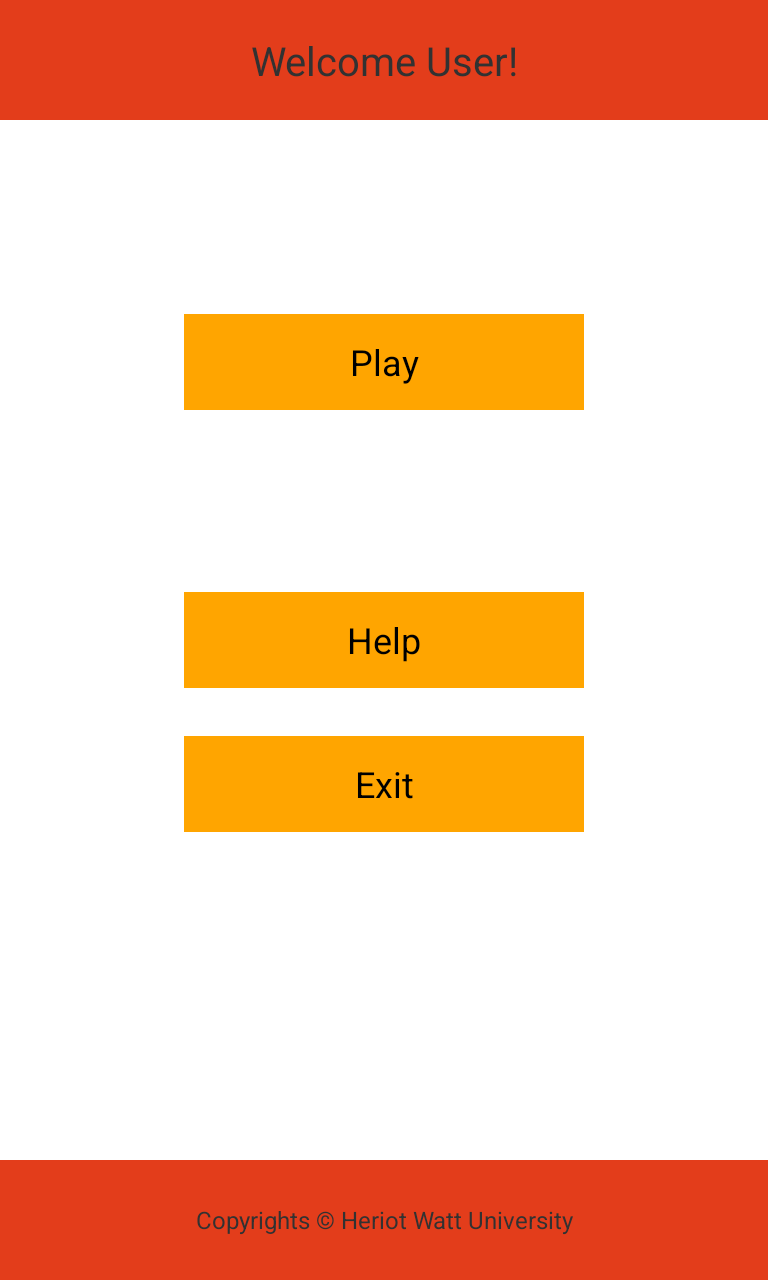
Repository: nidafarooqui/Trading-Game-Version-3
Layout: TaikunServer/res/layout/activity_welcome_screen.xml
The author's editor kept a copy of each file at every save. The layout is drawn from the files as they stood at one save, then again after the next save.
It is drawn on a 768 x 1280 px phone screen (xhdpi) without system bars, with theme AppTheme; the app's code is not run.

Above is the layout before, as saved 2014-08-17 19:19:45.

### TaikunServer/res/layout/activity_welcome_screen.xml
<RelativeLayout xmlns:android="http://schemas.android.com/apk/res/android"
    xmlns:tools="http://schemas.android.com/tools"
    android:id="@+id/welcome_text"
    android:layout_width="match_parent"
    android:layout_height="match_parent"
    tools:context="${relativePackage}.${activityClass}" >

    <TextView
        android:id="@+id/welcome_textView"
        android:layout_width="match_parent"
        android:layout_height="60dp"
        android:layout_centerHorizontal="true"
        android:background="@color/orrange"
        android:gravity="center_horizontal|center_vertical"
        android:text="Welcome User!"
        android:textSize="20sp" />

    <Button
        android:id="@+id/buttonExit"
        android:layout_width="200dp"
        android:layout_height="wrap_content"
        android:layout_alignLeft="@+id/buttonHelp"
        android:layout_below="@+id/buttonHelp"
        android:layout_marginTop="24dp"
        android:background="@color/orange"
        android:text="Exit" />

    <TextView
        android:id="@+id/textView1"
        android:layout_width="match_parent"
        android:layout_height="60dp"
        android:layout_alignParentBottom="true"
        android:layout_alignParentLeft="true"
        android:background="@color/orrange"
        android:gravity="center_horizontal|center_vertical"
        android:text="Copyrights © Heriot Watt University"
        android:textSize="12sp" />

    <Button
        android:id="@+id/buttonStartGame"
        android:layout_width="200dp"
        android:layout_height="wrap_content"
        android:layout_below="@+id/welcome_textView"
        android:layout_centerHorizontal="true"
        android:layout_marginTop="97dp"
        android:background="@color/orange"
        android:text="Play" />

    <Button
        android:id="@+id/buttonHelp"
        android:layout_width="200dp"
        android:layout_height="wrap_content"
        android:layout_alignLeft="@+id/buttonStartGame"
        android:layout_centerVertical="true"
        android:background="@color/orange"
        android:text="Help" />

</RelativeLayout>

### TaikunServer/res/values/colours.xml
<?xml version="1.0" encoding="utf-8"?>
<resources>

    <color name="white">#FFFFFF</color>
    <color name="black">#000000</color>
    <color name="symptom_color_selected">#003366</color>
    <color name="reaction_color_selected">#003366</color>
    <color name="static_text_color">#003366</color>
    <color name="journal_entry_listitem_text_color">#003366</color>
    <color name="note_text_disabled">#333333</color>
    <color name="sky">#0099CC</color>
    <color name="lightgray">#e7e7e7</color>
      <color name="lightgray02">#bfbfbf</color>
    <color name="dark">#000015</color>
    <color name="lightgreen">#336666</color>
    <color name="orrange">#e33d1b</color>
    <color name="darkorrange">#cc2303</color>


 <color name="ivory">#FFFFF0</color>
 <color name="lightYellow">#FFFFE0</color>
 <color name="snow">#FFFAFA</color>
 <color name="floralWhite">#FFFAF0</color>
 <color name="lemonChiffon">#FFFACD</color>
 <color name="cornsilk">#FFF8DC</color>
 <color name="seashell">#FFF5EE</color>
 <color name="lavenderBlush">#FFF0F5</color>
 <color name="papayaWhip">#FFEFD5</color>
 <color name="blanchedAlmond">#FFEBCD</color>
 <color name="mistyRose">#FFE4E1</color>
 <color name="bisque">#FFE4C4</color>
 <color name="moccasin">#FFE4B5</color>
 <color name="navajoWhite">#FFDEAD</color>
 <color name="peachPuff">#FFDAB9</color>
 <color name="gold">#FFD700</color>
 <color name="pink">#FFC0CB</color>
 <color name="lightPink">#FFB6C1</color>
 <color name="orange">#FFA500</color>
 <color name="lightSalmon">#FFA07A</color>
 <color name="darkOrange">#FF8C00</color>
 <color name="coral">#FF7F50</color>
 <color name="hotPink">#FF69B4</color>
 <color name="tomato">#FF6347</color>
 <color name="orangeRed">#FF4500</color>
 <color name="deepPink">#FF1493</color>
 <color name="fuchsia">#FF00FF</color>
 <color name="magenta">#FF00FF</color>
 <color name="red">#FF0000</color>
 <color name="oldLace">#FDF5E6</color>
 <color name="lightGoldenrodYellow">#FAFAD2</color>
 <color name="linen">#FAF0E6</color>
 <color name="antiqueWhite">#FAEBD7</color>
 <color name="salmon">#FA8072</color>
 <color name="ghostWhite">#F8F8FF</color>
 <color name="mintCream">#F5FFFA</color>
 <color name="whiteSmoke">#F5F5F5</color>
 <color name="beige">#F5F5DC</color>
 <color name="wheat">#F5DEB3</color>
 <color name="sandyBrown">#F4A460</color>
 <color name="azure">#F0FFFF</color>
 <color name="honeydew">#F0FFF0</color>
 <color name="aliceBlue">#F0F8FF</color>
 <color name="khaki">#F0E68C</color>
 <color name="lightCoral">#F08080</color>
 <color name="paleGoldenrod">#EEE8AA</color>
 <color name="violet">#EE82EE</color>
 <color name="darkSalmon">#E9967A</color>
 <color name="lavender">#E6E6FA</color>
 <color name="lightCyan">#E0FFFF</color>
 <color name="burlyWood">#DEB887</color>
 <color name="plum">#DDA0DD</color>
 <color name="gainsboro">#DCDCDC</color>
 <color name="crimson">#DC143C</color>
 <color name="paleVioletRed">#DB7093</color>
 <color name="goldenrod">#DAA520</color>
 <color name="orchid">#DA70D6</color>
 <color name="thistle">#D8BFD8</color>
 <color name="lightGrey">#D3D3D3</color>
 <color name="tan">#D2B48C</color>
 <color name="chocolate">#D2691E</color>
 <color name="peru">#CD853F</color>
 <color name="indianRed">#CD5C5C</color>
 <color name="mediumVioletRed">#C71585</color>
 <color name="silver">#C0C0C0</color>
 <color name="darkKhaki">#BDB76B</color>
 <color name="rosyBrown">#BC8F8F</color>
 <color name="mediumOrchid">#BA55D3</color>
 <color name="darkGoldenrod">#B8860B</color>
 <color name="fireBrick">#B22222</color>
 <color name="powderBlue">#B0E0E6</color>
 <color name="lightSteelBlue">#B0C4DE</color>
 <color name="paleTurquoise">#AFEEEE</color>
 <color name="greenYellow">#ADFF2F</color>
 <color name="lightBlue">#ADD8E6</color>
 <color name="darkGray">#A9A9A9</color>
 <color name="brown">#A52A2A</color>
 <color name="sienna">#A0522D</color>
 <color name="yellowGreen">#9ACD32</color>
 <color name="darkOrchid">#9932CC</color>
 <color name="paleGreen">#98FB98</color>
 <color name="darkViolet">#9400D3</color>
 <color name="mediumPurple">#9370DB</color>
 <color name="lightGreen">#90EE90</color>
 <color name="darkSeaGreen">#8FBC8F</color>
 <color name="saddleBrown">#8B4513</color>
 <color name="darkMagenta">#8B008B</color>
 <color name="darkRed">#8B0000</color>
 <color name="blueViolet">#8A2BE2</color>
 <color name="lightSkyBlue">#87CEFA</color>
 <color name="skyBlue">#87CEEB</color>
 <color name="gray">#808080</color>
 <color name="olive">#808000</color>
 <color name="purple">#800080</color>
 <color name="maroon">#800000</color>
 <color name="aquamarine">#7FFFD4</color>
 <color name="chartreuse">#7FFF00</color>
 <color name="lawnGreen">#7CFC00</color>
 <color name="mediumSlateBlue">#7B68EE</color>
 <color name="lightSlateGray">#778899</color>
 <color name="slateGray">#708090</color>
 <color name="oliveDrab">#6B8E23</color>
 <color name="slateBlue">#6A5ACD</color>
 <color name="dimGray">#696969</color>
 <color name="mediumAquamarine">#66CDAA</color>
 <color name="cornflowerBlue">#6495ED</color>
 <color name="cadetBlue">#5F9EA0</color>
 <color name="darkOliveGreen">#556B2F</color>
 <color name="indigo">#4B0082</color>
 <color name="mediumTurquoise">#48D1CC</color>
 <color name="darkSlateBlue">#483D8B</color>
 <color name="steelBlue">#4682B4</color>
 <color name="royalBlue">#4169E1</color>
 <color name="turquoise">#40E0D0</color>
 <color name="mediumSeaGreen">#3CB371</color>
 <color name="limeGreen">#32CD32</color>
 <color name="darkSlateGray">#2F4F4F</color>
 <color name="seaGreen">#2E8B57</color>
 <color name="forestGreen">#228B22</color>
 <color name="lightSeaGreen">#20B2AA</color>
 <color name="dodgerBlue">#1E90FF</color>
 <color name="midnightBlue">#191970</color>
 <color name="aqua">#00FFFF</color>
 <color name="cyan">#00FFFF</color>
 <color name="springGreen">#00FF7F</color>
 <color name="lime">#00FF00</color>
 <color name="mediumSpringGreen">#00FA9A</color>
 <color name="darkTurquoise">#00CED1</color>
 <color name="deepSkyBlue">#00BFFF</color>
 <color name="darkCyan">#008B8B</color>
 <color name="teal">#008080</color>
 <color name="green">#008000</color>
 <color name="darkGreen">#006400</color>
 <color name="blue">#0000FF</color>
 <color name="mediumBlue">#0000CD</color>
 <color name="darkBlue">#00008B</color>
 <color name="navy">#000080</color>

</resources>

Loaded but not shown: TaikunServer/res/values/styles.xml (common file); TaikunServer/res/values-v11/styles.xml (common file); TaikunServer/res/values-v14/styles.xml (common file)

After the next save:
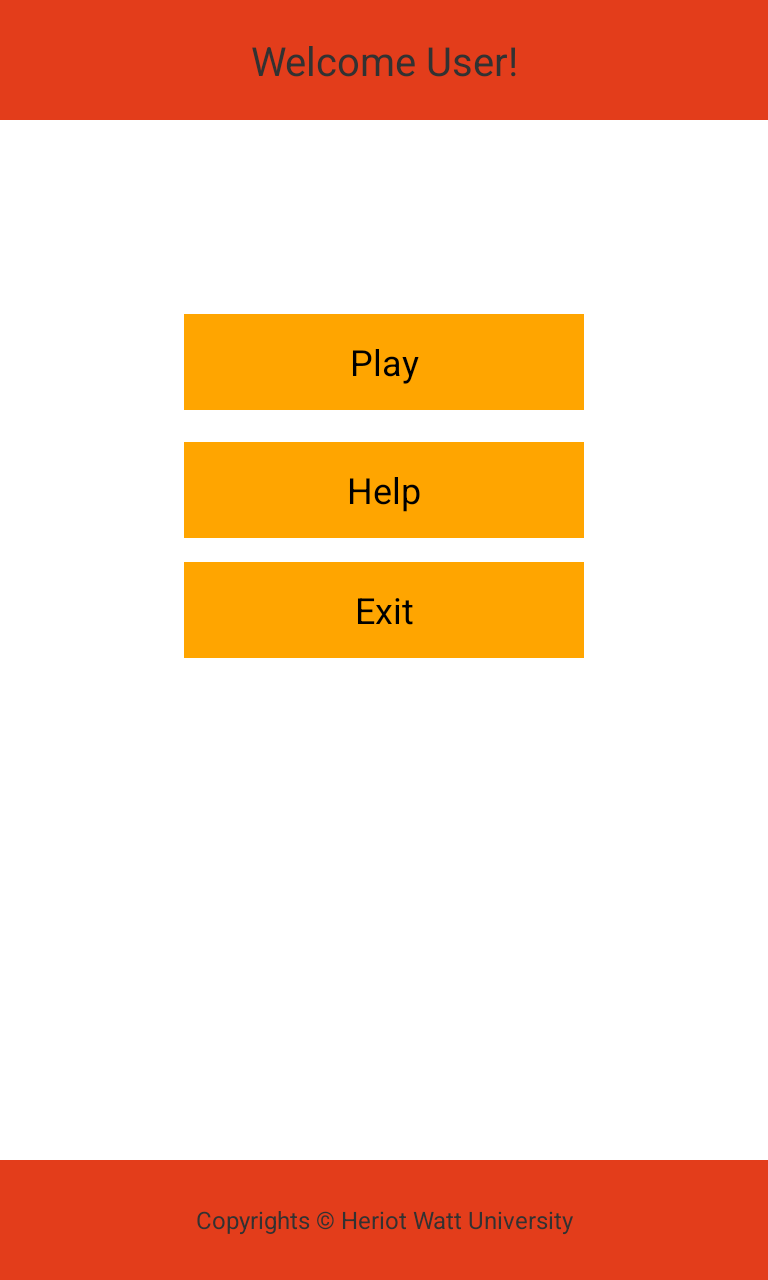
Saved 3 min 5 s later.
--- a/TaikunServer/res/layout/activity_welcome_screen.xml
+++ b/TaikunServer/res/layout/activity_welcome_screen.xml
@@ -14,16 +14,6 @@
         android:gravity="center_horizontal|center_vertical"
         android:text="Welcome User!"
         android:textSize="20sp" />
-
-    <Button
-        android:id="@+id/buttonExit"
-        android:layout_width="200dp"
-        android:layout_height="wrap_content"
-        android:layout_alignLeft="@+id/buttonHelp"
-        android:layout_below="@+id/buttonHelp"
-        android:layout_marginTop="24dp"
-        android:background="@color/orange"
-        android:text="Exit" />
 
     <TextView
         android:id="@+id/textView1"
@@ -51,8 +41,19 @@
         android:layout_width="200dp"
         android:layout_height="wrap_content"
         android:layout_alignLeft="@+id/buttonStartGame"
-        android:layout_centerVertical="true"
+        android:layout_below="@+id/buttonStartGame"
+        android:layout_marginTop="16dp"
         android:background="@color/orange"
         android:text="Help" />
 
+    <Button
+        android:id="@+id/buttonExit"
+        android:layout_width="200dp"
+        android:layout_height="wrap_content"
+        android:layout_alignLeft="@+id/buttonHelp"
+        android:layout_below="@+id/buttonHelp"
+        android:layout_marginTop="12dp"
+        android:background="@color/orange"
+        android:text="Exit" />
+
 </RelativeLayout>
